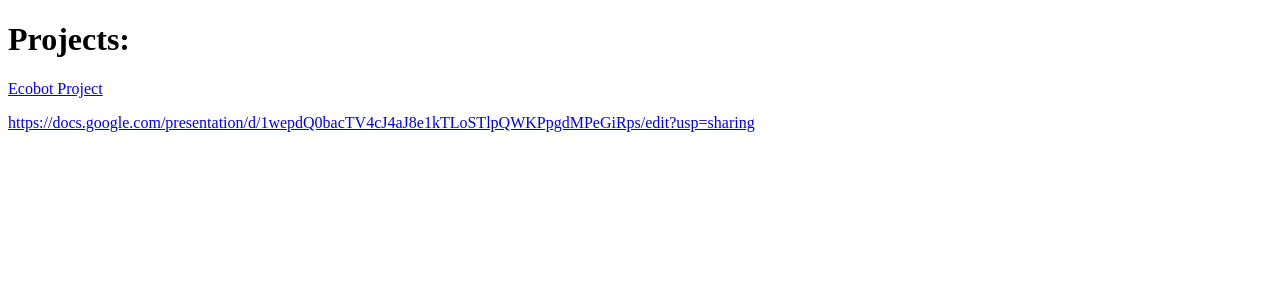
Repository: Isaakwashere/isaakwashere.github.io
Page: Engineering.html
The author's editor kept a record of every edit. The page is drawn from the files as they stood at one moment, then again after the next edit.
The browser window is 1280 px wide. The pictures show the whole page.

Above is the page before.

### Engineering.html
<!DOCTYPE html>
<html>
   <style>
body {

}
</style>


<body>


<h1 style="color:black;">Projects:</h1>
<p><a href="https://docs.google.com/presentation/d/1irt5dnKneLoVGd2yoK8-gBGLSylWtcAEDHAbf8LmWoI/edit?usp=sharing">Ecobot Project</p>



</body>
</html>

https://docs.google.com/presentation/d/1wepdQ0bacTV4cJ4aJ8e1kTLoSTlpQWKPpgdMPeGiRps/edit?usp=sharing

After the next edit:
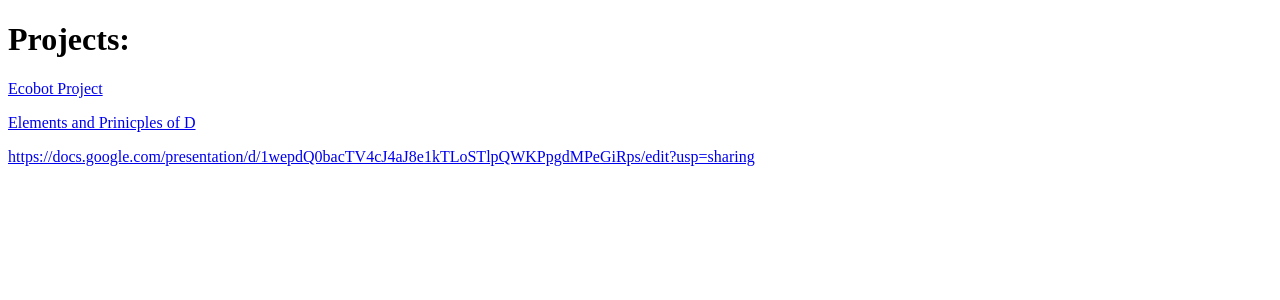
The edit:
--- a/Engineering.html
+++ b/Engineering.html
@@ -12,6 +12,7 @@
 
 <h1 style="color:black;">Projects:</h1>
 <p><a href="https://docs.google.com/presentation/d/1irt5dnKneLoVGd2yoK8-gBGLSylWtcAEDHAbf8LmWoI/edit?usp=sharing">Ecobot Project</p>
+<p><a href="https://docs.google.com/presentation/d/1wepdQ0bacTV4cJ4aJ8e1kTLoSTlpQWKPpgdMPeGiRps/edit?usp=sharing">Elements and Prinicples of D</p>
 
 
 
